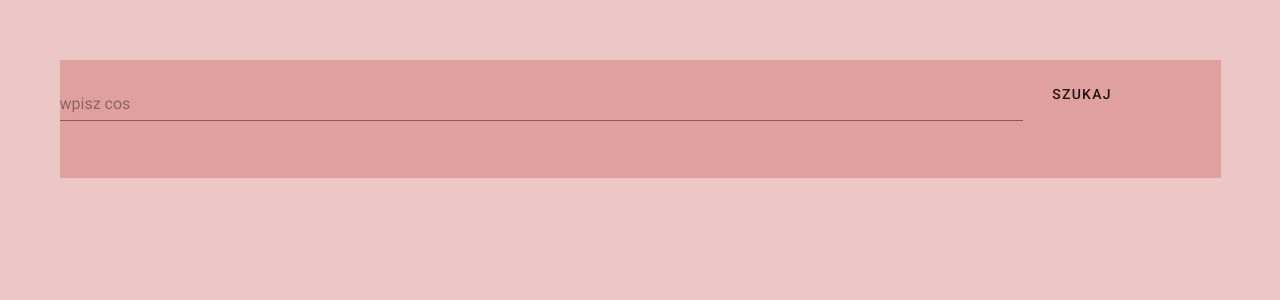
Repository: kq333/wyszukiwarka-filmow-seriali
Page: / (app in searchapp/)
An editor plug-in stored every save of this project. The page is shown before and after the next save, followed by the edit.
The browser window is 1280 px wide. The pictures show the whole page.
The project was rebuilt for these pictures with package versions that can differ from the ones it lists, and the page was loaded fresh each time. Also part of the build but not shown: searchapp/vue.config.js, searchapp/src/views/Home.vue.

Above is the page before, as saved 2021-02-18 01:28:42.

After the next save:
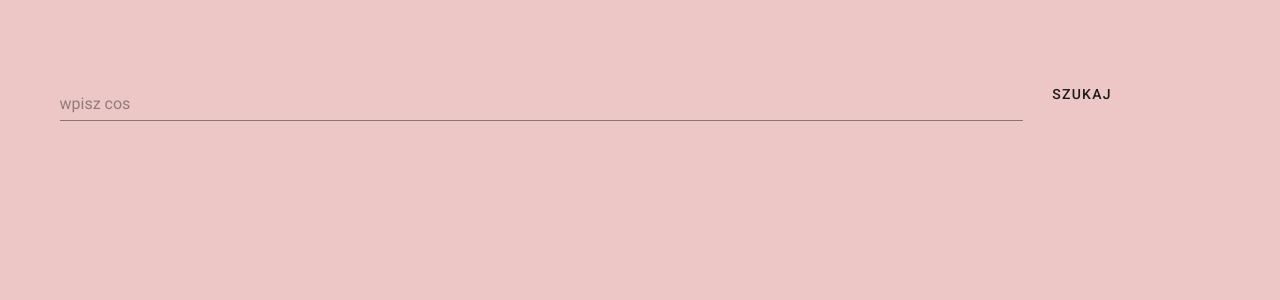
Saved 12 s later.
--- a/searchapp/src/App.vue
+++ b/searchapp/src/App.vue
@@ -1,5 +1,5 @@
 <template>
-  <v-app id="demo">
+  <v-app id="demo1">
 
 
     <v-main>
@@ -26,7 +26,7 @@ export default {
 
 <style >
 
-#demo{
+#demo1{
   background-color:rgba(201, 89, 89, 0.342);
 }
 
